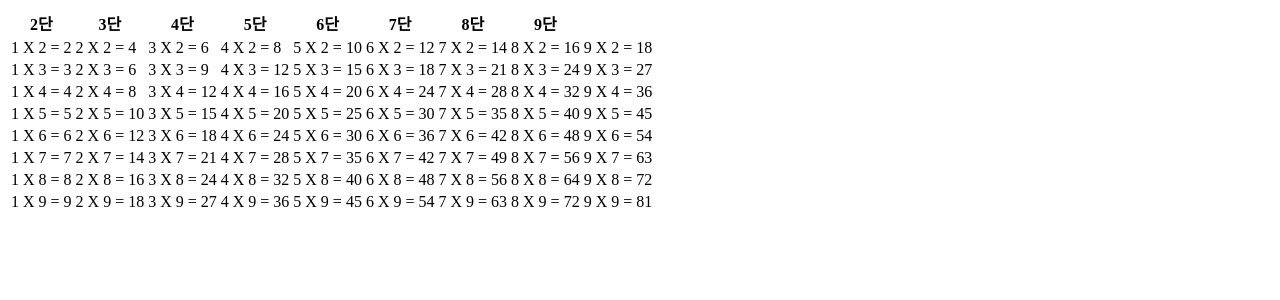
Repository: zodib0123/kdt_jsp
Page: http://localhost/MustHaveJSP/Mission/Gugudan1.jsp
These files come from the project's save history. The page is drawn as it stood at one moment and after the next save; the edit follows.
The browser window is 1280 px wide. The pictures show the whole page.
The page is served by Tomcat 10.

Above is the page before, as saved 2025-09-22 08:11:18.

After the next save:
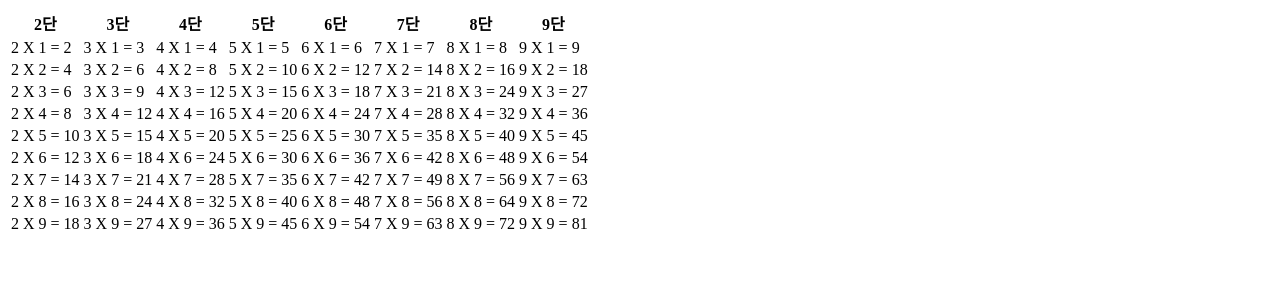
Saved 16 s later.
--- a/MustHaveJSP/src/main/webapp/Mission/Gugudan1.jsp
+++ b/MustHaveJSP/src/main/webapp/Mission/Gugudan1.jsp
@@ -30,9 +30,9 @@
 for (int i = 2; i < 10; i++) {
 	out.println("<th>" + i + "단 </th>");
 }
-for (int i = 2; i < 10; i++) {
+for (int i = 1; i < 10; i++) {
 	out.print("<tr>");
-	for (int j = 1; j < 10; j++) {
+	for (int j = 2; j < 10; j++) {
 		out.println("<td>" + j + " X " + i + " = " + j * i + "</td>");
 	}
 	out.print("</tr>");

After the save that followed:
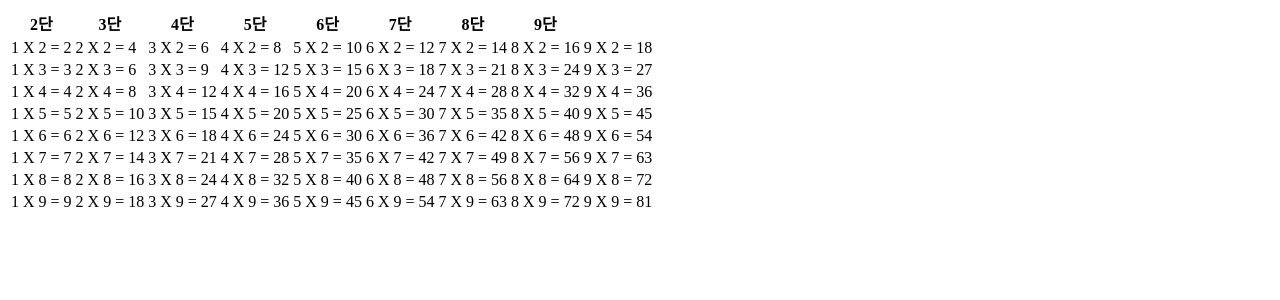
Saved 10 s later.
--- a/MustHaveJSP/src/main/webapp/Mission/Gugudan1.jsp
+++ b/MustHaveJSP/src/main/webapp/Mission/Gugudan1.jsp
@@ -30,9 +30,9 @@
 for (int i = 2; i < 10; i++) {
 	out.println("<th>" + i + "단 </th>");
 }
-for (int i = 1; i < 10; i++) {
+for (int i = 2; i < 10; i++) {
 	out.print("<tr>");
-	for (int j = 2; j < 10; j++) {
+	for (int j = 1; j < 10; j++) {
 		out.println("<td>" + j + " X " + i + " = " + j * i + "</td>");
 	}
 	out.print("</tr>");
